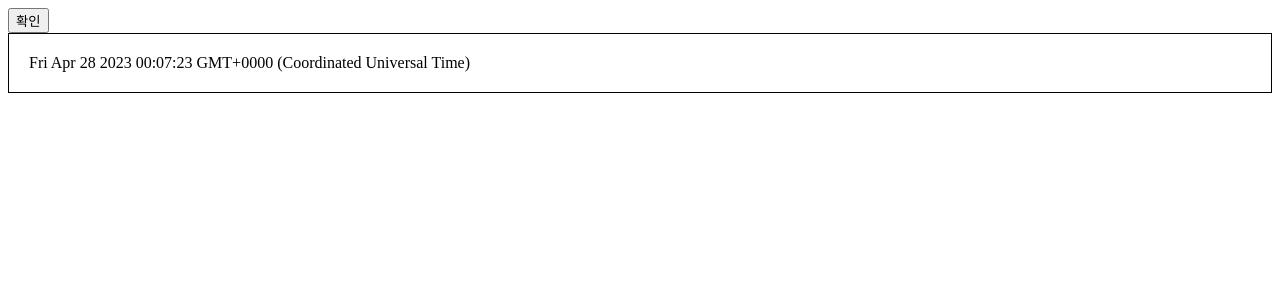
Repository: choidazzi/DDIT
Page: web programming/html/webpro/src/main/webapp/0501/script2.html
These files come from the project's save history. The page is drawn as it stood at one moment and after the next save; the edit follows.
The browser window is 1280 px wide. The pictures show the whole page.
After loading, the first visible `input` was clicked once.

Above is the page before, as saved 2023-05-01 02:28:19.

After the next save:
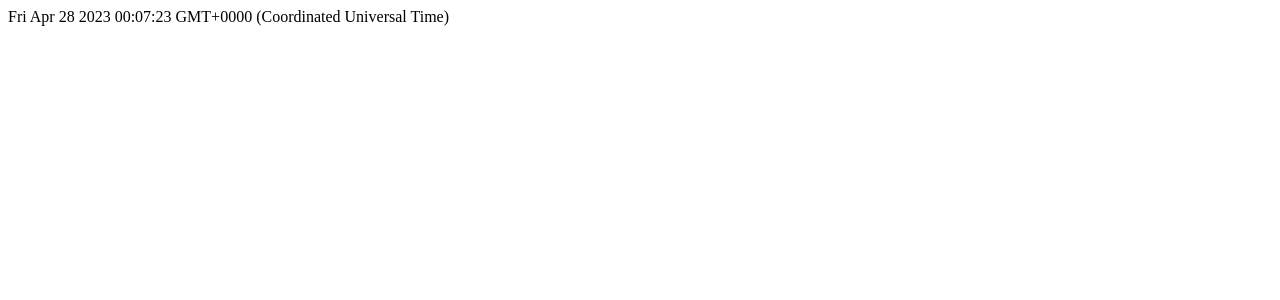
Saved 30 s later.
--- a/web programming/html/webpro/src/main/webapp/0501/script2.html
+++ b/web programming/html/webpro/src/main/webapp/0501/script2.html
@@ -8,8 +8,11 @@
 		let today = new Date();
 
 		//id 가 res인 요소를 검색 후 출력  (두 번 써도 한 번만 출력)
-		document.getElementById('res').innerText = today;
-		document.querySelector('#res').innerText = today;
+		//document.getElementById('res').innerText = today;
+		//document.querySelector('#res').innerText = today;
+
+		console.log(today);
+		document.write(today);
 	}
 </script>
 <style>

After the save that followed:
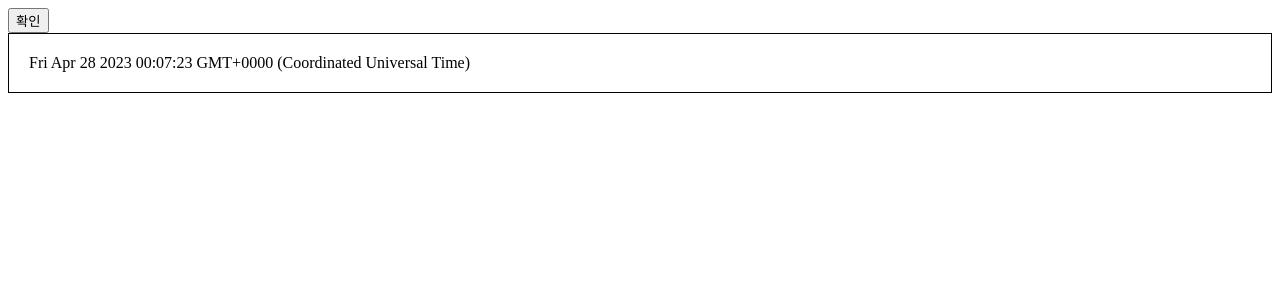
Saved 2 min 59 s later.
--- a/web programming/html/webpro/src/main/webapp/0501/script2.html
+++ b/web programming/html/webpro/src/main/webapp/0501/script2.html
@@ -8,11 +8,11 @@
 		let today = new Date();
 
 		//id 가 res인 요소를 검색 후 출력  (두 번 써도 한 번만 출력)
-		//document.getElementById('res').innerText = today;
-		//document.querySelector('#res').innerText = today;
+		document.getElementById('res').innerText = today;
+		document.querySelector('#res').innerText = today;
 
 		console.log(today);
-		document.write(today);
+		//document.write(today);
 	}
 </script>
 <style>
